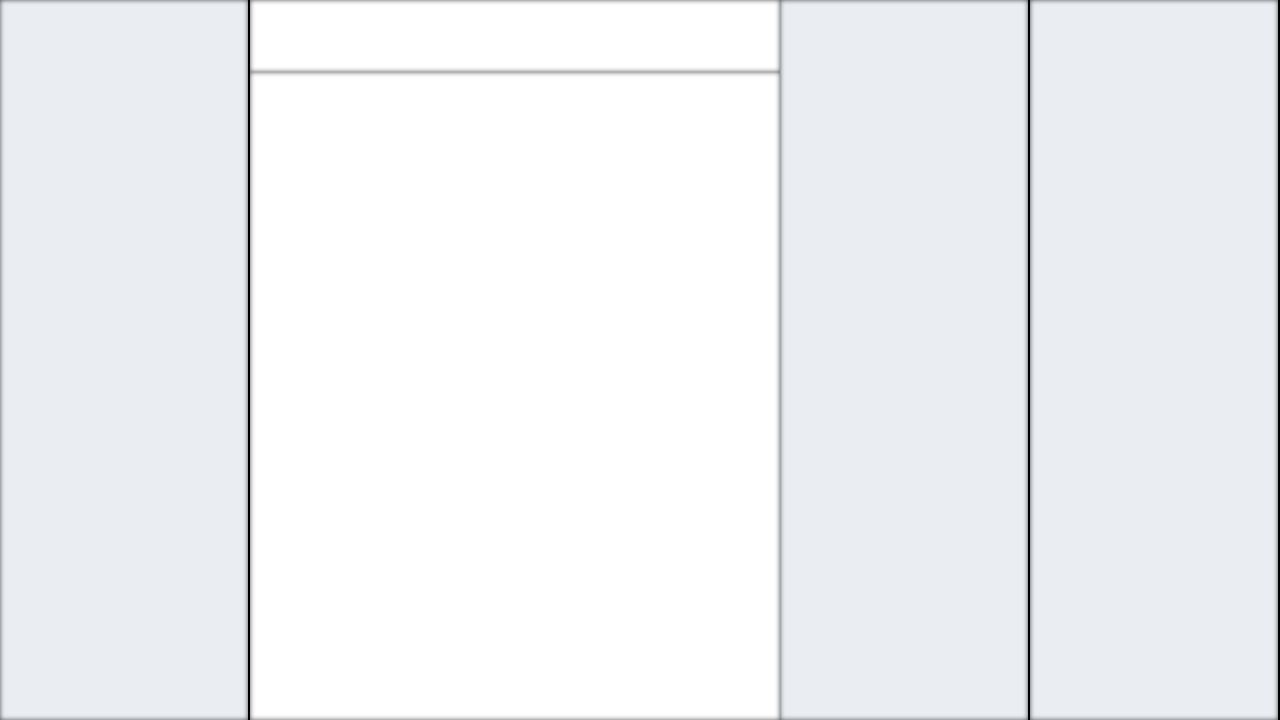
Repository: JJianZ/miao
Page: a.html
These files come from the project's save history. The page is drawn as it stood at one moment and after the next save; the edit follows.
The browser window is 1280 px wide. The pictures show the whole page.

Above is the page before, as saved 2021-11-23 10:37:37.

After the next save:
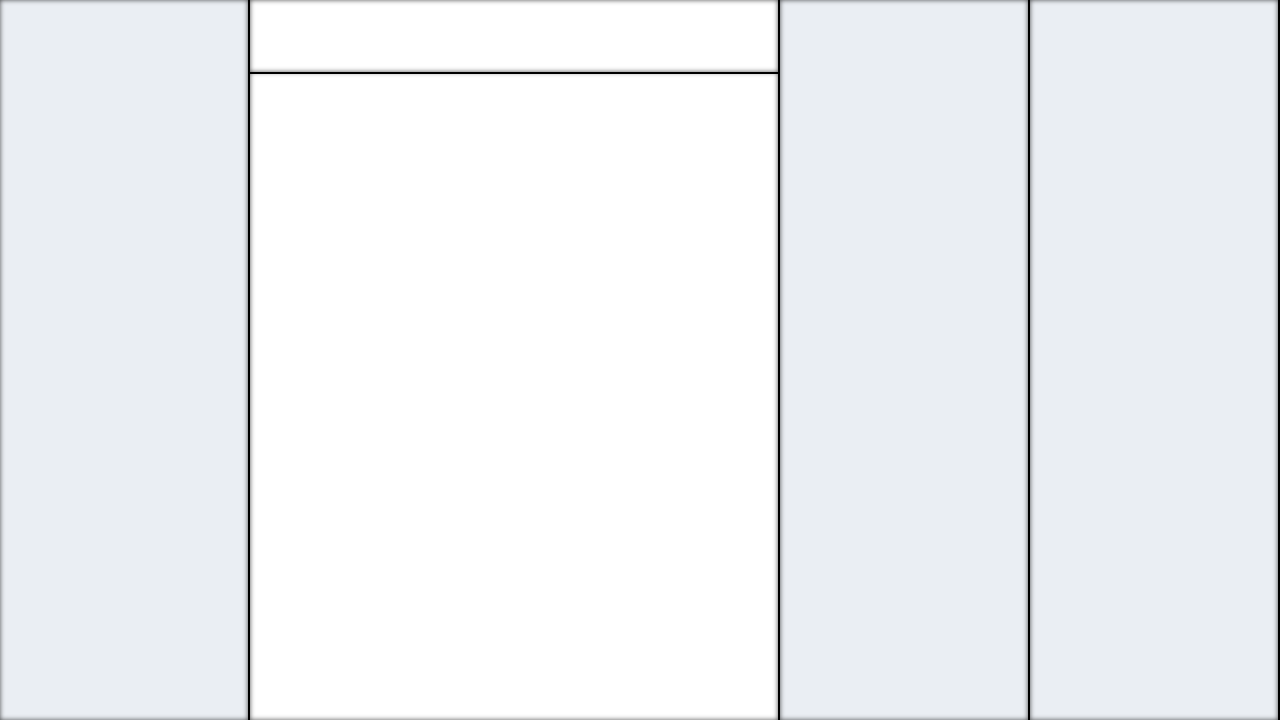
Saved 36 s later.
--- a/a.html
+++ b/a.html
@@ -37,6 +37,9 @@
       height: 72px;
       right: 500px;
       line-height: 720px;
+      border-bottom: black 2px solid;
+      border-right: black 2px solid;
+
     }
     main {
       position: absolute;
@@ -44,6 +47,8 @@
       left: 250px;
       right: 500px;
       bottom: 0;
+      border-right: black 2px solid;
+
     }
     .second {
       right: 250px;
